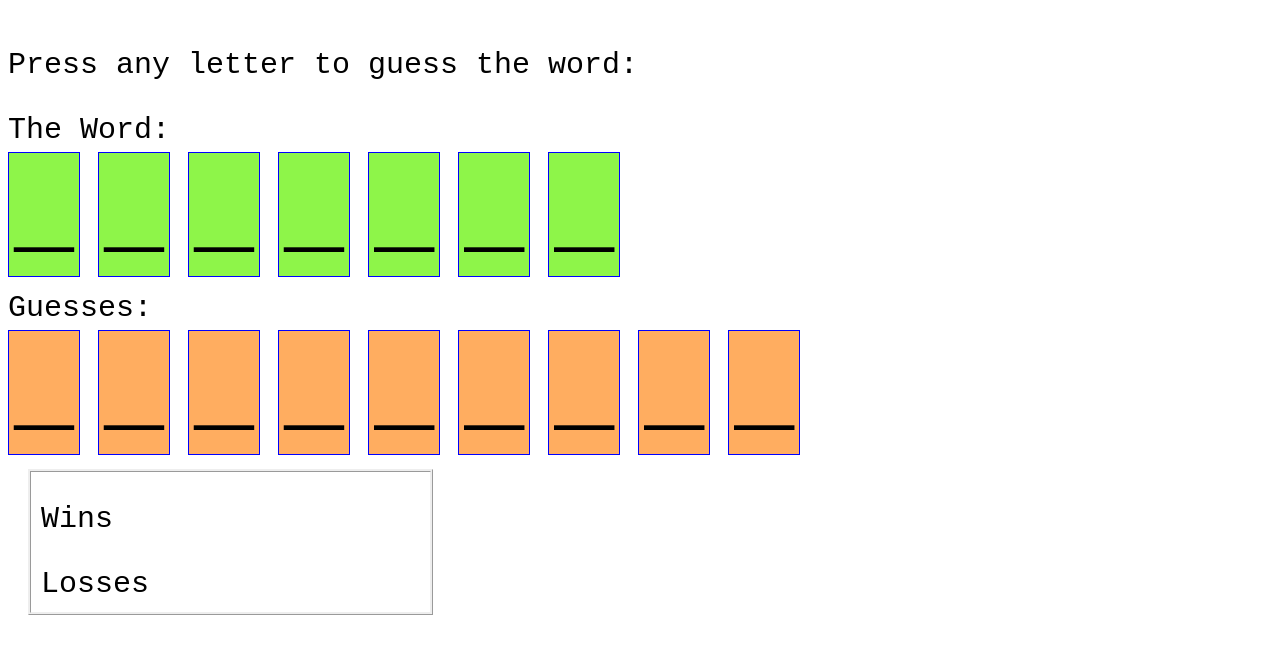
Repository: dsaftler/JavaScript
Page: index.html
These files come from the project's save history. The page is drawn as it stood at one moment and after the next save; the edit follows.
The browser window is 1280 px wide. The pictures show the whole page.

Above is the page before, as saved 2019-03-30 23:00:04.

After the next save:
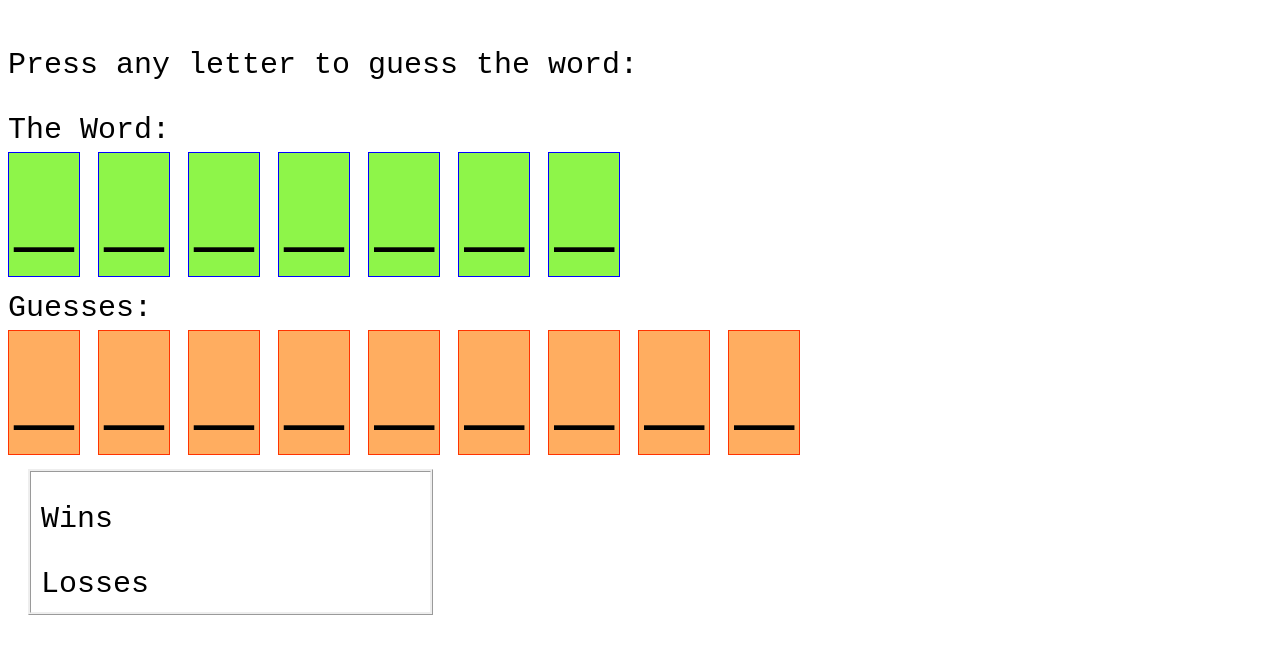
Saved 53 s later.
--- a/assets/css/style.css
+++ b/assets/css/style.css
@@ -12,7 +12,7 @@ font-size: 30px;
   background-color: rgb(142, 245, 73)}
 .guessed {
   font-weight: 100;
-  border: 1px solid blue;
+  border: 1px solid #ff3300;
   background-color: rgb(255, 173, 96)}
 .floater {
   float: left
